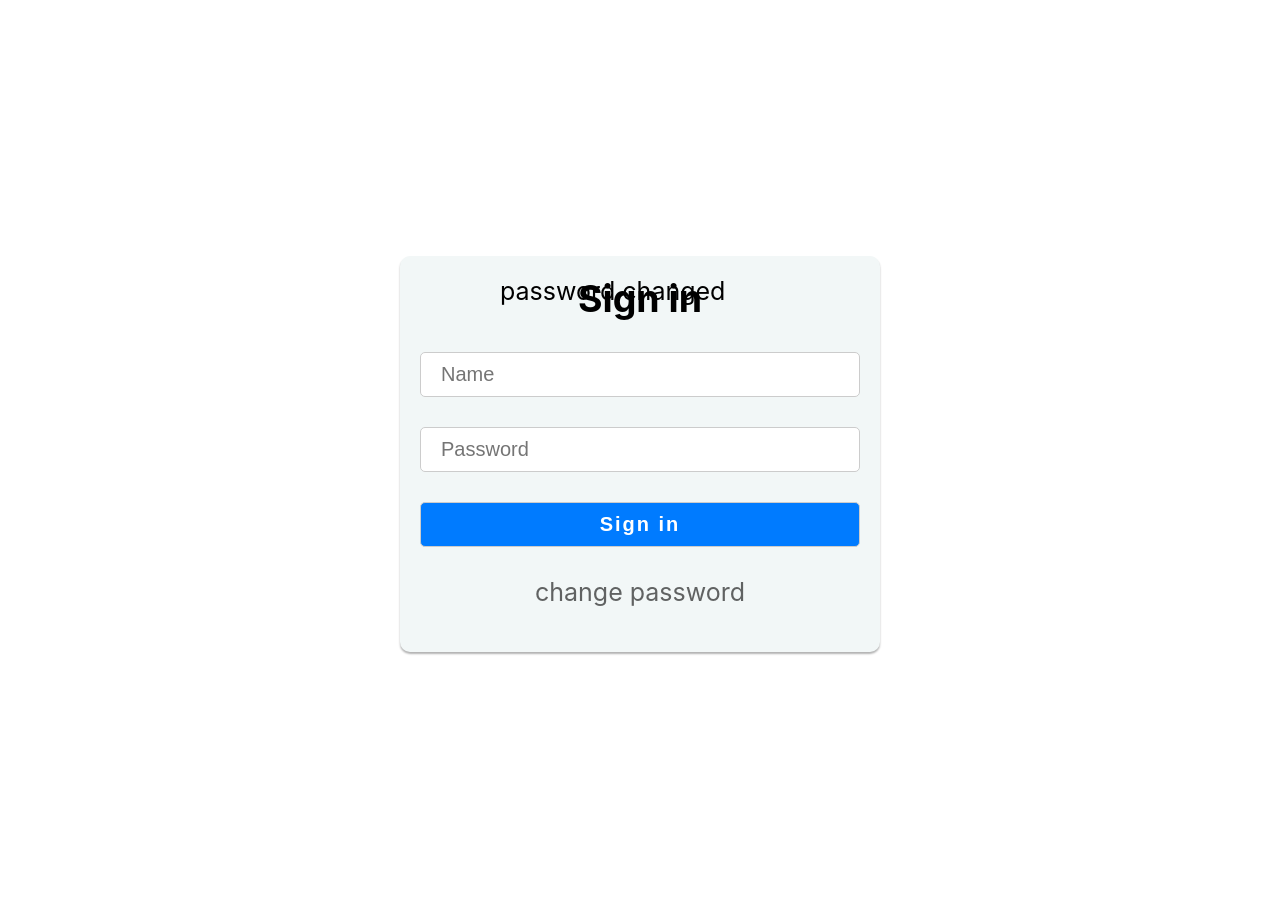
Repository: superHotBob/admin_nftillion
Page: /
These files come from the project's save history. The page is drawn as it stood at one moment and after the next save; the edit follows.
The browser window is 1280 px wide. The pictures show the whole page.
The project was rebuilt for these pictures with package versions that can differ from the ones it lists, and the page was loaded fresh each time. Also part of the build but not shown: src/components/NavPanel/styles.scss, src/components/NavPanel/index.js, src/components/Users/index.js, src/components/Collections/index.js, src/components/Preminted/styles.scss, src/components/Preminted/index.js, src/components/CreateCollection/styles.scss, src/components/CreateCollection/index.js.

Above is the page before, as saved 2022-04-27 09:37:55.

### src/index.js
import React from "react";
import ReactDOM from "react-dom/client";
import "./index.css";
import { BrowserRouter } from "react-router-dom";
import "./index.css";
import App from "./App";

import reportWebVitals from "./reportWebVitals";

const root = ReactDOM.createRoot(document.getElementById("root"));
root.render(
  <React.StrictMode>
    <BrowserRouter>
      <App />
    </BrowserRouter>
  </React.StrictMode>
);

// If you want to start measuring performance in your app, pass a function
// to log results (for example: reportWebVitals(console.log))
// or send to an analytics endpoint. Learn more: https://bit.ly/CRA-vitals
reportWebVitals();

### src/App.js
import * as React from "react";
import { Routes, Route } from "react-router-dom";
import { LogIn } from "./components/Login";
import { Users } from "./components/Users";
import './App.css';
import { Collections } from "./components/Collections";
import { Preminted } from "./components/Preminted";
import { Create } from "./components/CreateCollection";

function App() {
  return (
    <div className="App">
    <Routes>
        <Route path="/" element={<LogIn />} />
        <Route path="users" element={<Users />} />
        <Route path="collections" element={<Collections />} />
        <Route path="preminted" element={<Preminted />} />
        <Route path="createcollection" element={<Create />} />
      </Routes>
    </div>
  );
}

export default App;

### src/components/Login/index.js
import * as React from "react";
import "./styles.scss";
import axios from "axios";
import { useNavigate } from "react-router-dom";

export const LogIn = () => {
  const [password, setPassword] = React.useState("");
  const [newPassword, setNewPassword] = React.useState("");
  const [viewNewPassword, setViewNewPassword] = React.useState(false);
  const [name, setName] = React.useState("");
  let navigate = useNavigate();

  function login(event) {
    event.preventDefault();
    axios
      .post(`https://app.nftillion.io/admin/login`, {
        username: name,
        password: password,
      })
      .then((res) => {
        console.log(res.data);
        if (res.data.accessToken) {
          localStorage.setItem("accessToken", res.data.accessToken);
          navigate("/users");
        } else {
          navigate("/");
        }
      });
  }
  function change(event) {
    event.preventDefault();
    axios
      .post(`https://app.nftillion.io/admin/changePassword`, {
        username: name,
        password: password,
        newPassword: newPassword,
      })
      .then((res) => {
        console.log(res.data);
        setName("");
        setPassword("");
        setViewNewPassword(false);
        setNewPassword();
      });
  }
  function ChangePassword() {
    setViewNewPassword(true);
  }
  return (
    <div className="mainblock">
      <span className="change_password">password changed</span>
      <h2>{viewNewPassword ? "Change password" : "Sign in"}</h2>
      <form onSubmit={viewNewPassword ? change : login}>
        <label>
          <input
            className="input"
            type="text"
            value={name}
            required
            onChange={(e) => setName(e.target.value)}
            placeholder="Name"
          />
        </label>
        <label>
          <input
            type="password"
            className="input"
            value={password}
            required
            onChange={(e) => setPassword(e.target.value)}
            placeholder={viewNewPassword ? "Old password" : "Password"}
          />
        </label>
        {viewNewPassword && (
          <label>
            <input
              type="password"
              className="input"
              value={newPassword}
              required
              minLength={8}
              onChange={(e) => setNewPassword(e.target.value)}
              placeholder="New password"
            />
          </label>
        )}
        <button type="submit" className="signIn">
          {viewNewPassword ? "Change" : "Sign in"}
        </button>
        {!viewNewPassword && <p onClick={ChangePassword}>change password</p>}
      </form>

    </div>
  );
};

### src/components/Login/styles.scss
$submit: #007bff;
$white: #007bff;
$color_1: $submit;
$color_2: #fff;
$transition: all 0.25s ease-in-out;
.mainblock {
  width: 440px;
  height: auto;
  position: relative;
  padding: 20px;
  background-color: #f2f7f7;
  margin: 20vw auto;
  box-shadow: 0px 2px 2px rgb(0 0 0 / 30%);
  border-radius: 10px;
  font-size: 25px;
  h2 {
    margin-top: 0;
  }
  .input,
  .signIn {
    font-size: 20px;
    padding: 10px 20px;
    display: block;
    width: 100%;
    border-radius: 5px;
    border: 1px solid #ccc;
    margin: 30px auto;
    cursor: pointer;
    box-sizing: border-box;
    outline: none;
    height: 45px;
  }
  label,
  button {
    width: 100%;
    text-align: left;
    margin: 30px auto;
    display: block;
  }
  button {
    text-align: center;
    font-weight: 600;
  }
  p {
    cursor: pointer;
    opacity: 0.6;
  }
  p:hover {
   opacity: 1;
  }
  .change_password {
    position: absolute;
    top: 20px;
    left: 100px;
  }
  @mixin mybutton($color_1, $color_2) {
    border: 2px solid $color_1;
    letter-spacing: 2px;
    color: #fff;
    background-color: $color_2;
    transition: $transition;
    &:hover {
      background-color: $color_1;
      border-color: $color_1;
      opacity: 0.8;
      color: #fff;
    }
    &:active {
      background-color: $color_1;
      border-color: $color_1;
      color: #fff;
      box-shadow: none;
    }
    &:focus,
    &:active:focus {
      background-color: $color_1;
      border-color: $color_1;
      color: #fff;
      outline: 5px auto $color_1;
    }
  }

  button {
    @include mybutton($submit, $color_2);
  }
}

### src/components/Users/styles.scss
.header {
  color: #000;
  padding: 20px 50px;
  margin: 0;
  border-bottom: 1px solid black;
  text-align: center;
  b {
    float: right;
    font-size: 16px;
    margin-top: 15px;
  }
}
header,
.data {
  display: flex;
  justify-content: space-around;
  font-size: 20px;
  span,
  label {
    width: 15%;
    display: inline-block;
  }
}
header {
  border-bottom: 1px solid black;
  font-size: 25px;
  font-weight: 600;
  padding: 20px 0;
}
.block_view {
  position: fixed;
  top: 20vh;
  padding: 20px;
  right: 40vw;
  width: 20vw;
  height: auto;
  transition: all 0.5s;
  background-color: #fff;
  box-shadow: 0 0px 8px 0px rgba(34, 60, 80, 0.2);
}
.block_hide {
  position: fixed;
  top: 20vh;
  transition: all 0.5s;
  right: 40vw;
  opacity: 0;
  overflow: hidden;
  width: 20vw;
  height: auto;
  background-color: #fff;
  box-shadow: 0 0px 8px 0px rgba(34, 60, 80, 0.2);
}
button {
  height: 45px;
  width: 65%;
  font-size: 20px;
  border-radius: 30px;
  cursor: pointer;
  font-weight: 600;
  color: #fff;
  border: none;
  outline: none;
}
button:first-of-type {
  background-color: red;
  width: 30%;
}
button:last-of-type {
  background-color: #007bff;
}
button:hover {
  opacity: 0.7;
  border-color: rgba(200, 255, 255, 1);
}
.block_button {
  display: flex;
  margin-top: 30px;
  justify-content: space-around;
}
.data_edit {
  span {
    display: block;
    font-size: 20px;
    margin: 20px;
  }
}
.header_edit {
  padding-bottom: 30px;
  font-size: 25px;
  border-bottom: 1px solid #000;
}

input[type="checkbox"] {
  width: 25px;
  height: 25px;
  margin: 0 20px;
}
textarea {
  width: 90%;
  padding: 10px 20px;
  outline: none;
  font-size: 20px;
  display: block;
}

b {
  font-size: 30px;
  margin: 0 10px 30px;
  display: block;
}

### src/components/Collections/styles.scss
.data {
    padding: 20px 0;
    margin: 0;
}
.data:hover {
    background-color: #c9c9c9;
    cursor: pointer;
}
.right_block_view {
    position: fixed;
    top: 0;
    padding: 20px;
    right: 0;
    width: 400px;
    height: 100vw;
    transition: all 0.5s;
    background-color: #fff;
    box-shadow: -7px 0px 8px 0px rgba(34, 60, 80, 0.2);
}
.right_block_hide {
    position: fixed;
    top: 0;
    transition: all 0.5s;
    right: -401px;
    width: 400px;
    height: 100vw;
    background-color: #fff;
    box-shadow: -7px 0px 8px 0px rgba(34, 60, 80, 0.2);
}
button {
    height: 45px;
    width: 65%;
    font-size: 20px;
    border-radius: 30px;
    cursor: pointer;
    font-weight: 600;
    color: #fff;
    border: none;
    outline: none;

}
button:first-of-type {
    background-color: red;
    width: 30%;
}
button:last-of-type {
    background-color: #007bff;
}
button:hover {
    opacity: 0.7;
    border-color: #f9f9ff;

}
.block_button {
    display: flex;
    margin-top: 30px;
    justify-content: space-around;
}
.data_edit {
    span {
        display: block;
        font-size: 18px;
        margin: 20px 0;
    }
}
.header_edit {
    padding-bottom:  30px;
    font-size: 25px;
    border-bottom: 1px solid #000;
}

input[type='checkbox'] {
    width: 25px;
    height: 25px;
    margin: 0 20px;
}

Loaded but not shown: public/index.html (common file); src/index.css (common file); src/reportWebVitals.js (common file); src/App.css (common file)

After the next save:
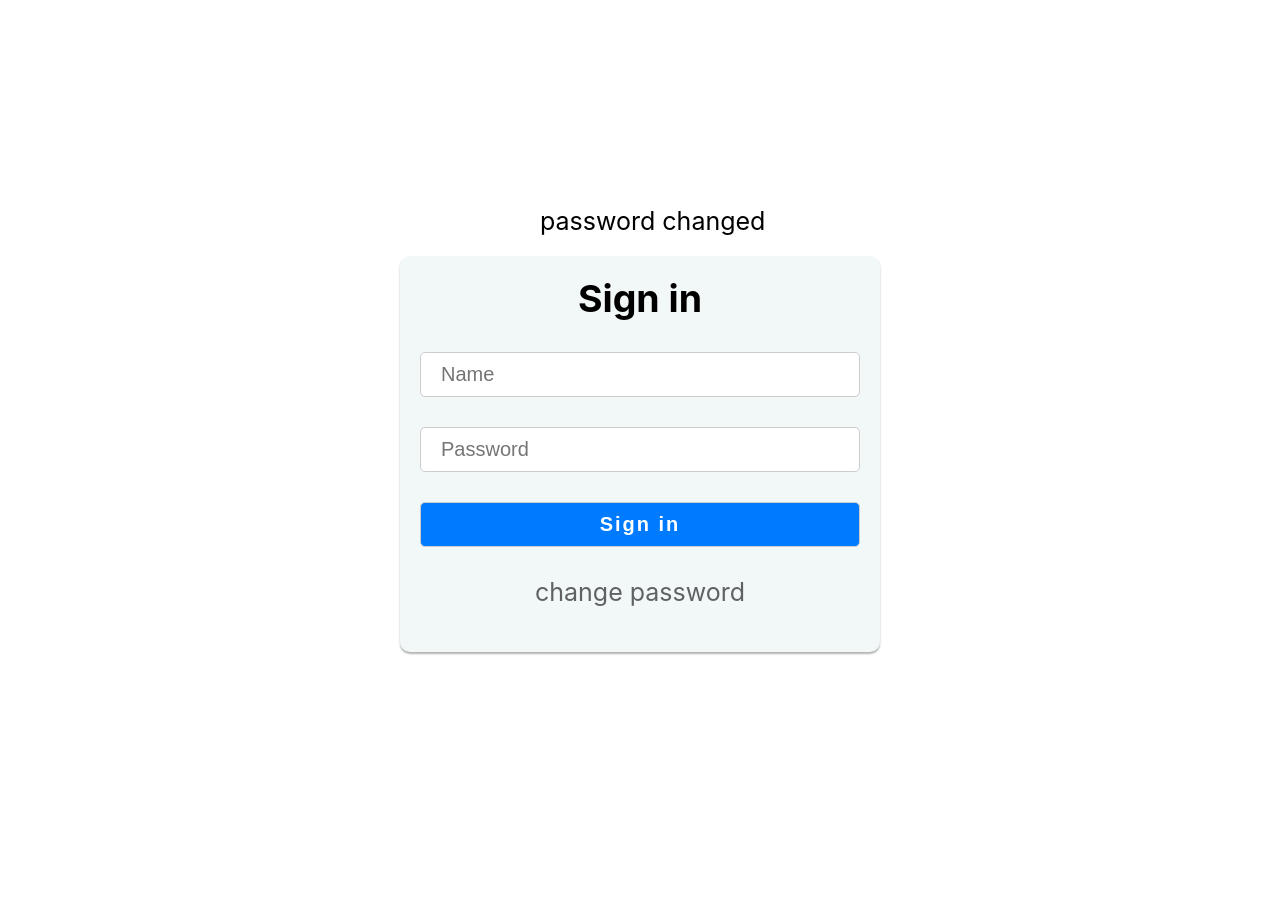
Saved 53 s later.
--- a/src/components/Login/styles.scss
+++ b/src/components/Login/styles.scss
@@ -50,8 +50,8 @@ $transition: all 0.25s ease-in-out;
   }
   .change_password {
     position: absolute;
-    top: 20px;
-    left: 100px;
+    top: -50px;
+    left: 140px;
   }
   @mixin mybutton($color_1, $color_2) {
     border: 2px solid $color_1;
